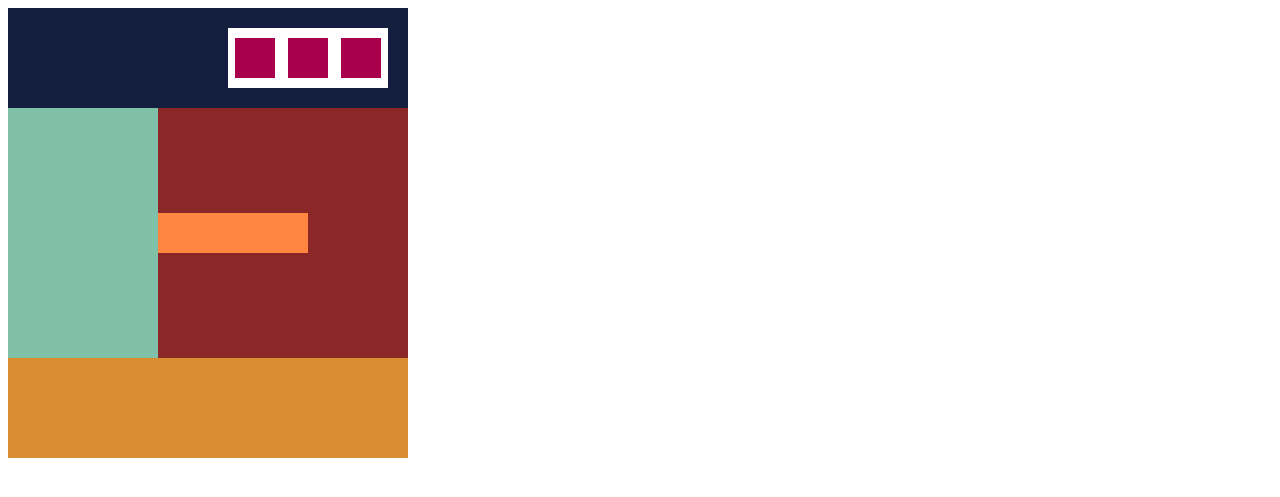
Repository: natuki-i/curriculum
Page: http://localhost/
An editor plug-in stored every save of this project. The page is shown before and after the next save, followed by the edit.
The browser window is 1280 px wide. The pictures show the whole page.
The page is run by PHP 8.4 with error messages shown; the project is at /var/www/html/.

Above is the page before, as saved 2022-11-26 21:20:24.

### PHPjob/1/index.html
<!DOCTYPE html>
<html lang="en">
<head>
    <meta charset="UTF-8">
    <meta http-equiv="X-UA-Compatible" content="IE=edge">
    <meta name="viewport" content="width=device-width, initial-scale=1.0">
    <title>Document</title>
    <link rel="stylesheet" href="css/style.css">
</head>
<body>
    <div class="header">
        <div class="h-boxs">
            <div class="h-box"></div>
            <div class="h-box"></div>
            <div class="h-box"></div>
        </div>
    </div>
    <div class="main clearfix">
        <div class="left"></div>
        <div class="right">
            <div class="mr-boxs">
                <div class="mr-box"></div>
                <div class="mr-box"></div>
                <div class="mr-box"></div>
            </div>
        </div>
    </div>
    <div class="footer"></div>
</body>
</html>

### PHPjob/1/css/style.css
.header {
    width: 400px;
    height: 100px;
    background-color: #141f40;
    display: flex;
    align-items: center;
    justify-content: flex-end;
}

.h-boxs {
    width: 160px;
    height: 60px;
    margin-right: 20px;
    background-color: white;
    display: flex;
    align-items: center;
    justify-content: space-around;
}

.h-box {
    width: 40px;
    height: 40px;
    background-color: #a9004b;
}

.main {
    display: flex;
}

.left {
    width: 150px;
    height: 250px;
    background-color: #80bfa8;
}

.right {
    width: 250px;
    height: 250px;
    background-color: #8c2727;
    display: flex;
    align-items: center;
    justify-content: flex-start;
}

.mr-boxs {
    width: 150px;
    height: 170px;
    margin-left: 40px 60px 40px 40px;
    background-color: #8c2727;
    display: flex;
    align-items: center;
}

.mr-box {
    width: 140px;
    height: 40px;
    background-color: #ff863f;
    border-width: thick;
    border-color: white;
}




.footer {
    width: 400px;
    height: 100px;
    background-color: #d98d30;
}

After the next save:
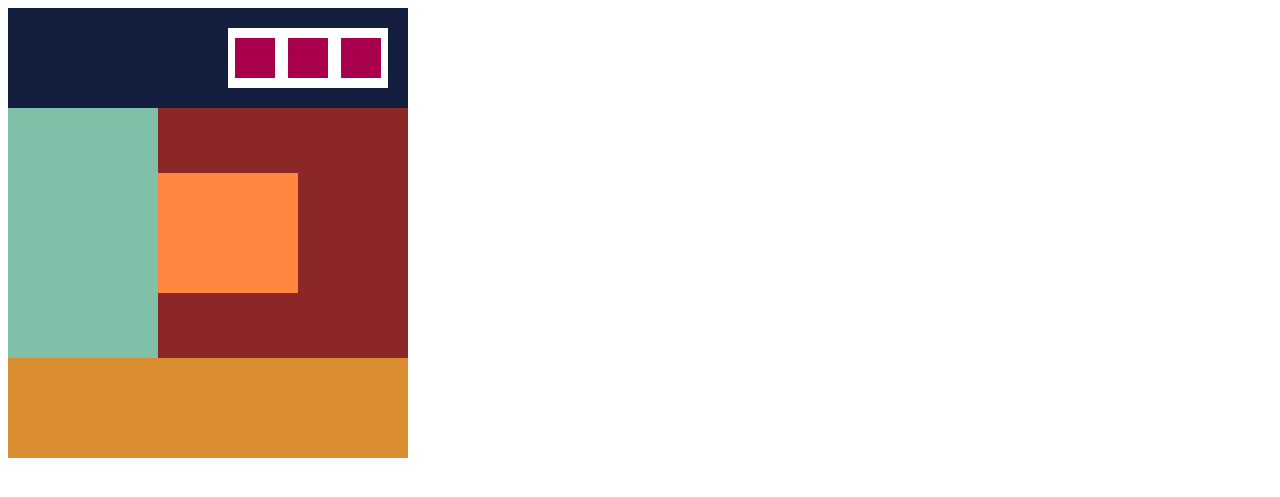
Saved 2 min 20 s later.
--- a/PHPjob/1/css/style.css
+++ b/PHPjob/1/css/style.css
@@ -42,7 +42,7 @@
     justify-content: flex-start;
 }
 
-.mr-boxs {
+.mr-box {
     width: 150px;
     height: 170px;
     margin-left: 40px 60px 40px 40px;

After the 2 saves that followed:
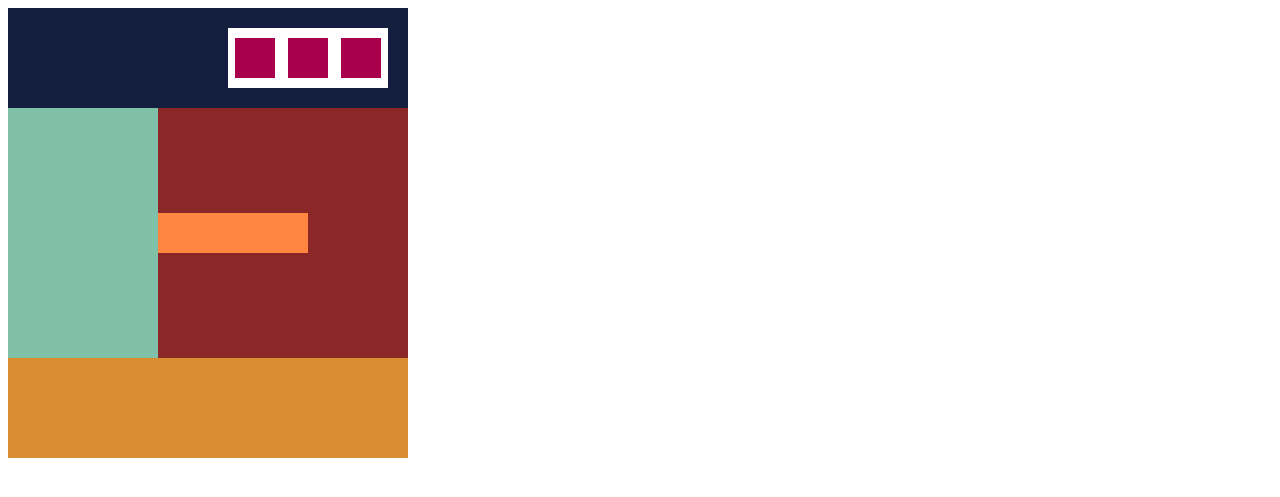
The 2 saves are shown as one change because 1 left the picture as it was.
The last was saved 83 s later.
--- a/PHPjob/1/css/style.css
+++ b/PHPjob/1/css/style.css
@@ -42,13 +42,14 @@
     justify-content: flex-start;
 }
 
-.mr-box {
+.mr-boxs {
     width: 150px;
     height: 170px;
     margin-left: 40px 60px 40px 40px;
     background-color: #8c2727;
     display: flex;
     align-items: center;
+    justify-content: space-between;
 }
 
 .mr-box {
